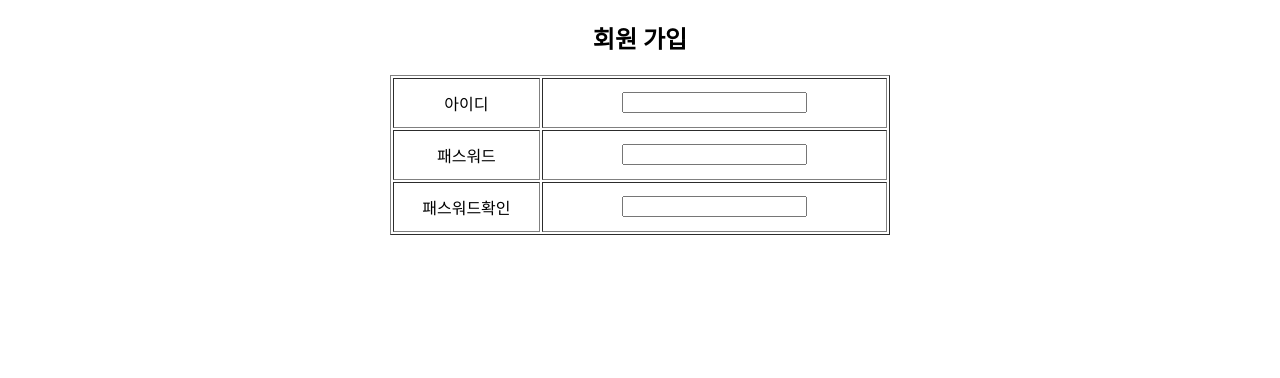
Repository: kdw1437/CreateBoardProject
Page: http://localhost/JSP2/RequestJoin.jsp
These files come from the project's save history. The page is drawn as it stood at one moment and after the next save; the edit follows.
The browser window is 1280 px wide. The pictures show the whole page.
The page is served by Tomcat 9.

Above is the page before, as saved 2024-08-05 09:12:38.

### JSP2/src/main/webapp/RequestJoin.jsp
<%@ page language="java" contentType="text/html; charset=EUC-KR"
    pageEncoding="EUC-KR"%>
<!DOCTYPE html>
<html>
<body>

	<center>
	<h2> 회원 가입 </h2>
	<form action="RequestJoinProc.jsp" methods="post">

	<table width="500" border="1">
	<tr height="50">
		<td width="150" align="center"> 아이디 </td>
		<td width="350" align="center"> <input type="text" name="id" size="20"> </td>
	</tr>
	<tr height="50">
		<td width="150" align="center"> 패스워드 </td>
		<td width="350" align="center"> <input type="password" name="pass" size="20"> </td>
	</tr>
	<tr height="50">
		<td width="150" align="center"> 패스워드확인 </td>
		<td width="350" align="center"> <input type="password" name="pass" size="20"> </td>
	</tr>




	</table>

	</form>
	</center>

</body>
</html>

After the next save:
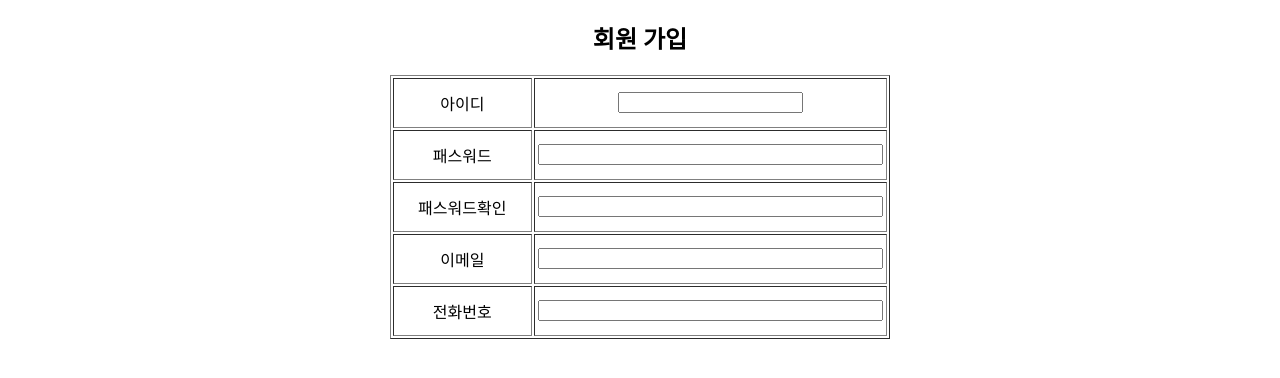
Saved 110 s later.
--- a/JSP2/src/main/webapp/RequestJoin.jsp
+++ b/JSP2/src/main/webapp/RequestJoin.jsp
@@ -15,14 +15,20 @@
 	</tr>
 	<tr height="50">
 		<td width="150" align="center"> 패스워드 </td>
-		<td width="350" align="center"> <input type="password" name="pass" size="20"> </td>
+		<td width="350" align="center"> <input type="password" name="pass1" size="40"> </td>
 	</tr>
 	<tr height="50">
 		<td width="150" align="center"> 패스워드확인 </td>
-		<td width="350" align="center"> <input type="password" name="pass" size="20"> </td>
+		<td width="350" align="center"> <input type="password" name="pass2" size="40"> </td>
 	</tr>
-
-
+	<tr height="50">
+		<td width="150" align="center"> 이메일 </td>
+		<td width="350" align="center"> <input type="email" name="email" size="40"> </td>
+	</tr>
+	<tr height="50">
+		<td width="150" align="center"> 전화번호 </td>
+		<td width="350" align="center"> <input type="tel" name="tel" size="40"> </td>
+	</tr>
 
 
 	</table>
